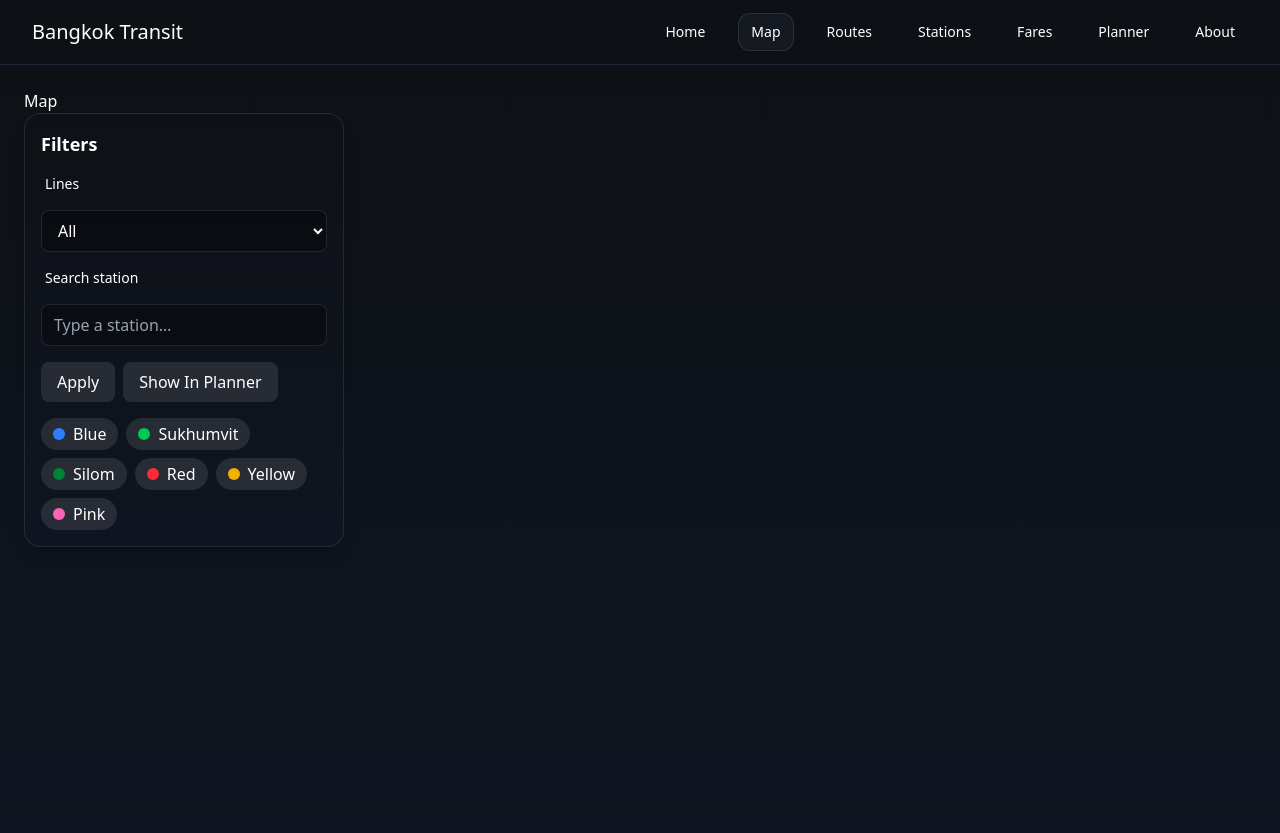
Repository: pyaestk/Bangkok-transit-map
Page: /map
These files come from the project's save history. The page is drawn as it stood at one moment and after a run of saves; the edit follows.
The browser window is 1280 px wide. The pictures show the whole page.
The project was rebuilt for these pictures with package versions that can differ from the ones it lists, and the page was loaded fresh each time. Also part of the build but not shown: vite.config.ts, src/pages/Home.tsx, src/pages/Planner.tsx, src/pages/Stations.tsx, src/pages/TrainRoutes.tsx, src/pages/Fares.tsx, src/pages/About.tsx.

Above is the page before, as saved 2025-10-04 09:59:00.

### index.html
<!doctype html>
<html lang="en">
  <head>
    <meta charset="UTF-8" />
    <link rel="icon" type="image/svg+xml" href="/vite.svg" />
    <meta name="viewport" content="width=device-width, initial-scale=1.0" />
    <title>bangkok-transit-map</title>
  </head>
  <body>
    <div id="root"></div>
    <script type="module" src="/src/main.tsx"></script>
  </body>
</html>

### src/main.tsx
import { StrictMode } from 'react'
import { createRoot } from 'react-dom/client'
import './index.css'
import App from './App.tsx'
import { BrowserRouter as Router } from 'react-router'

createRoot(document.getElementById('root')!).render(
  <StrictMode>
    <Router>
      <App />
    </Router>
  </StrictMode>,
)

### src/App.tsx
import "./App.css";
import NavBar from "./component/NavBar";
import { Routes, Route } from "react-router-dom";
import Home from "./pages/Home";
import Map from "./pages/Map";
import Planner from "./pages/Planner";
import Stations from "./pages/Stations";
import TrainRoutes from "./pages/TrainRoutes";
import Fares from "./pages/Fares";
import About from "./pages/About";


function App() {
  return (
    <div className="min-h-screen flex flex-col">
      {/* Navbar at the top */}
      <NavBar />

      {/* Main content area */}
      <main className="flex-1 p-6 bg-[linear-gradient(180deg,rgba(14,17,22,1)_0%,rgba(15,20,32,1)_100%)]">
        <Routes>
          <Route
            path="/"
            element={ <Home/> }
          />
          <Route
            path="/map"
            element={ <Map/> }
          />
          <Route
            path="/planner"
            element={ <Planner/>}
          />
          <Route
            path="/routes"
            element={<TrainRoutes/>}
          />
          <Route
            path="/stations"
            element={<Stations/>}
          />
          <Route
            path="/fares"
            element={<Fares/>}
          />
          <Route
            path="/about"
            element={<About/>}
          />
        </Routes>
      </main>
    </div>
  );
}

export default App;

### src/App.css
@import "tailwindcss";

:root {
  background: linear-gradient(180deg, rgba(14,17,22,1) 0%, rgba(15,20,32,1) 100%);
}

### src/component/NavBar.tsx
import { NavLink } from "react-router-dom";
import { useState } from "react";

function NavBar() {
  const [open, setOpen] = useState(false);

  const baseClasses =
    "px-3 py-2 rounded-xl text-sm border border-transparent block text-center";
  const inactiveClasses = "text-white transition-colors";
  const activeClasses = "bg-[#151922] border rounded-[10px] text-white border-white/10";

  const links = [
    { to: "/", label: "Home" },
    { to: "/map", label: "Map" },
    { to: "/routes", label: "Routes" },
    { to: "/stations", label: "Stations" },
    { to: "/fares", label: "Fares" },
    { to: "/planner", label: "Planner" },
    { to: "/about", label: "About" },
  ];

  return (
    <nav className="sticky top-0 z-50 bg-[#0e1116cc] border-b border-[#232838] backdrop-blur-[5px] backdrop-brightness-[100%] [-webkit-backdrop-filter:blur(5px)_brightness(100%)]">
      <div className="max-w-7xl mx-auto px-4 sm:px-6 lg:px-8">
        <div className="flex items-center justify-between h-16">
          {/* Left side (Logo / Brand) */}
          <div className="flex-shrink-0 text-white text-xl">
            Bangkok Transit
          </div>

          {/* Desktop links */}
          <div className="hidden md:flex space-x-5">
            {links.map((l) => (
              <NavLink
                key={l.to}
                to={l.to}
                className={({ isActive }) =>
                  `${baseClasses} ${isActive ? activeClasses : inactiveClasses}`
                }
              >
                {l.label}
              </NavLink>
            ))}
          </div>

          {/* Mobile hamburger button */}
          <div className="md:hidden">
            <button
              aria-label="Toggle menu"
              onClick={() => setOpen((s) => !s)}
              className="inline-flex items-center justify-center p-2 rounded-md text-white hover:bg-white/5 focus:outline-none focus:ring-2 focus:ring-white"
            >
              <span className="sr-only">Open main menu</span>
              {/* Hamburger / X icon */}
              <svg
                className={`h-6 w-6 ${open ? "hidden" : "block"}`}
                xmlns="http://www.w3.org/2000/svg"
                fill="none"
                viewBox="0 0 24 24"
                strokeWidth={2}
                stroke="currentColor"
                aria-hidden="true"
              >
                <path
                  strokeLinecap="round"
                  strokeLinejoin="round"
                  d="M3 6h18M3 12h18M3 18h18"
                />
              </svg>
              <svg
                className={`h-6 w-6 ${open ? "block" : "hidden"}`}
                xmlns="http://www.w3.org/2000/svg"
                fill="none"
                viewBox="0 0 24 24"
                strokeWidth={2}
                stroke="currentColor"
                aria-hidden="true"
              >
                <path
                  strokeLinecap="round"
                  strokeLinejoin="round"
                  d="M6 18L18 6M6 6l12 12"
                />
              </svg>
            </button>
          </div>
        </div>
      </div>

      {/* Mobile menu, shown when open is true */}
      <div className={`md:hidden ${open ? "block" : "hidden"} `}>
        <div className="px-2 pt-2 pb-3 space-y-1">
          {links.map((l) => (
            <NavLink
              key={l.to}
              to={l.to}
              onClick={() => setOpen(false)}
              className={({ isActive }) =>
                `${baseClasses} ${isActive ? activeClasses : inactiveClasses}`
              }
            >
              {l.label}
            </NavLink>
          ))}
        </div>
      </div>
    </nav>
  );
}

export default NavBar;

### src/pages/Map.tsx
import FiltersCard from "../component/FiltersCard";

export default function Map() {
  return (
    <div className="min-h-screen">
      <h1 className="text-white">Map</h1>
      <FiltersCard/>
    </div>
  )
}

### src/component/FiltersCard.tsx
export default function FiltersCard() {
  return (
    <div className="p-4 rounded-2xl bg-[linear-gradient(180deg,rgba(14,17,22,1)_0%,rgba(15,20,32,1)_100%)] border border-white/10 shadow-lg w-80 text-white">
      <h2 className="text-lg font-bold mb-4">Filters</h2>

      {/* Lines */}
      <label className="block text-sm my-4 mx-1">Lines</label>
      <select className="w-full px-3 py-2 rounded-lg bg-black/30 border border-white/10 focus:outline-none">
        <option>All</option>
        <option>Blue</option>
        <option>Red</option>
        <option>Yellow</option>
      </select>

      {/* Search station */}
      <label className="block text-sm my-4 mx-1">Search station</label>
      <input
        type="text"
        placeholder="Type a station…"
        className="w-full px-3 py-2 rounded-lg bg-black/30 border border-white/10 placeholder-gray-400 focus:outline-none"
      />

      {/* Buttons */}
      <div className="flex space-x-2 mt-4">
        <button className="px-4 py-2 rounded-lg bg-white/10 hover:bg-white/20">Apply</button>
        <button className="px-4 py-2 rounded-lg bg-white/10 hover:bg-white/20">Show In Planner</button>
      </div>

      {/* Line Pills */}
      <div className="flex flex-wrap gap-2 mt-4">
        <span className="flex items-center px-3 py-1 rounded-full bg-white/10">
          <span className="w-3 h-3 rounded-full bg-blue-500 mr-2"></span>
          Blue
        </span>
        <span className="flex items-center px-3 py-1 rounded-full bg-white/10">
          <span className="w-3 h-3 rounded-full bg-green-500 mr-2"></span>
          Sukhumvit
        </span>
        <span className="flex items-center px-3 py-1 rounded-full bg-white/10">
          <span className="w-3 h-3 rounded-full bg-green-700 mr-2"></span>
          Silom
        </span>
        <span className="flex items-center px-3 py-1 rounded-full bg-white/10">
            <span className="w-3 h-3 rounded-full bg-red-500 mr-2"></span> Red
        </span>
        <span className="flex items-center px-3 py-1 rounded-full bg-white/10">
            <span className="w-3 h-3 rounded-full bg-yellow-500 mr-2"></span> Yellow
        </span>
        <span className="flex items-center px-3 py-1 rounded-full bg-white/10">
            <span className="w-3 h-3 rounded-full bg-pink-400 mr-2"></span> Pink
        </span>
      </div>
    </div>
  )
}

Loaded but not shown: src/index.css (common file)

After the next 2 saves:
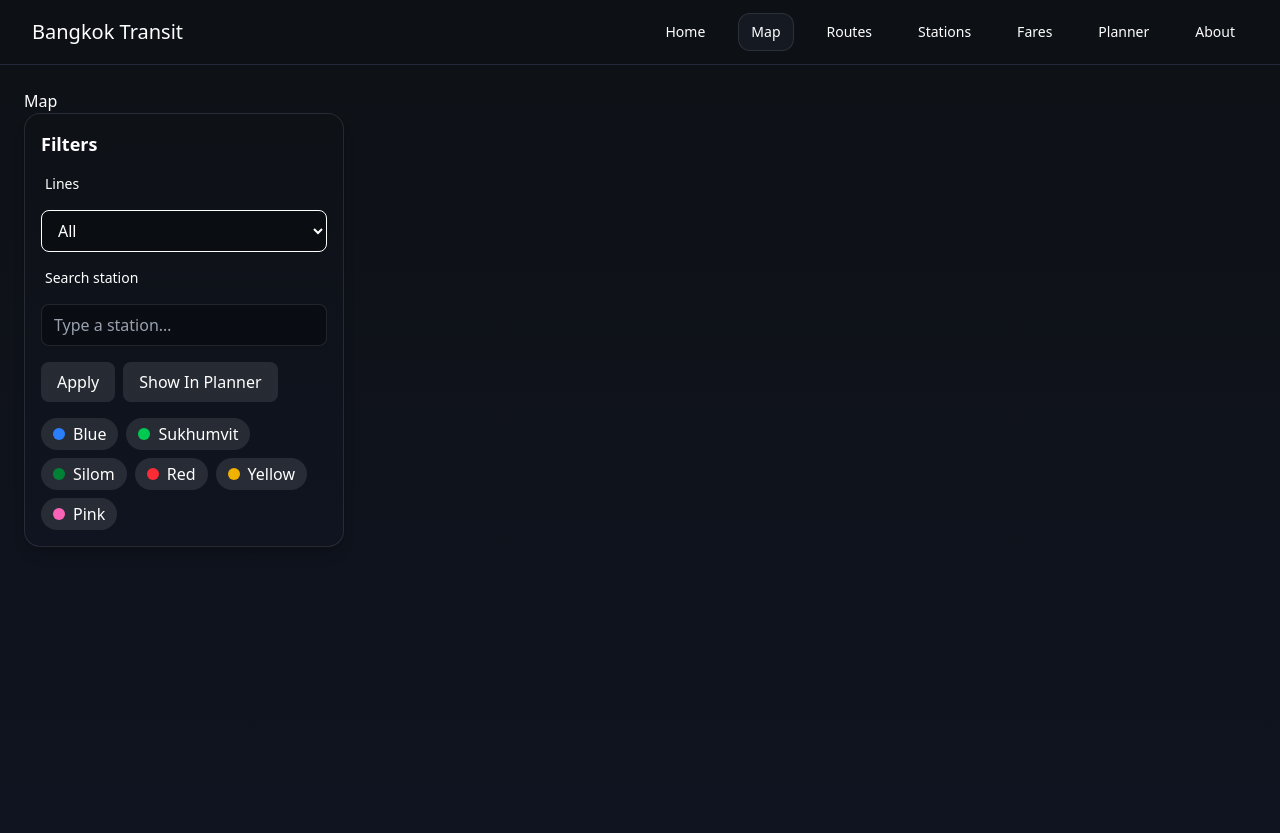
The 2 saves are shown as one change because they came seconds apart.
The last was saved 12 s later.
--- a/src/component/FiltersCard.tsx
+++ b/src/component/FiltersCard.tsx
@@ -5,7 +5,7 @@
 
       {/* Lines */}
       <label className="block text-sm my-4 mx-1">Lines</label>
-      <select className="w-full px-3 py-2 rounded-lg bg-black/30 border border-white/10 focus:outline-none">
+      <select className="w-full px-3 py-2 rounded-lg bg-black/30 border bg-black/30 focus:outline-none">
         <option>All</option>
         <option>Blue</option>
         <option>Red</option>

After the save that followed:
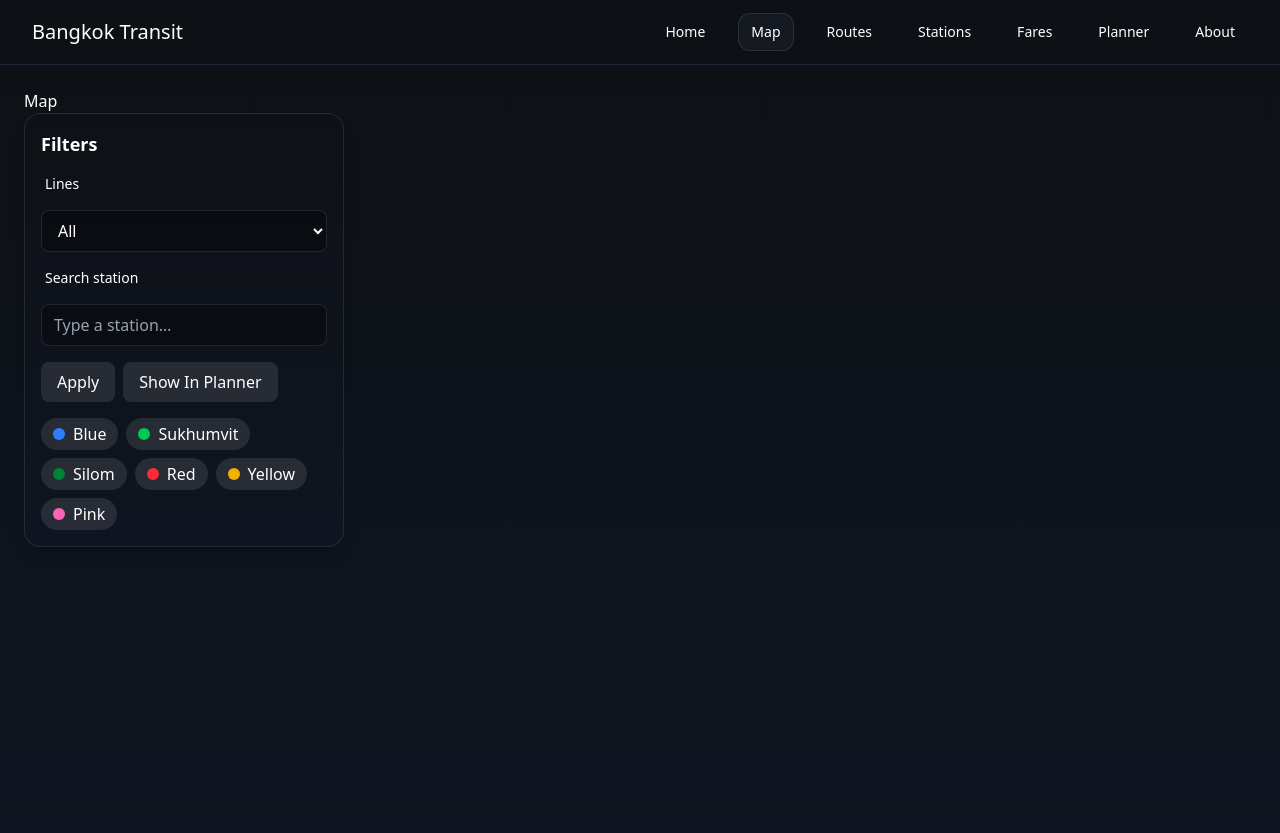
Saved 6 s later.
--- a/src/component/FiltersCard.tsx
+++ b/src/component/FiltersCard.tsx
@@ -5,7 +5,7 @@
 
       {/* Lines */}
       <label className="block text-sm my-4 mx-1">Lines</label>
-      <select className="w-full px-3 py-2 rounded-lg bg-black/30 border bg-black/30 focus:outline-none">
+      <select className="w-full px-3 py-2 rounded-lg bg-black/30 border border-white/10 focus:outline-none">
         <option>All</option>
         <option>Blue</option>
         <option>Red</option>
